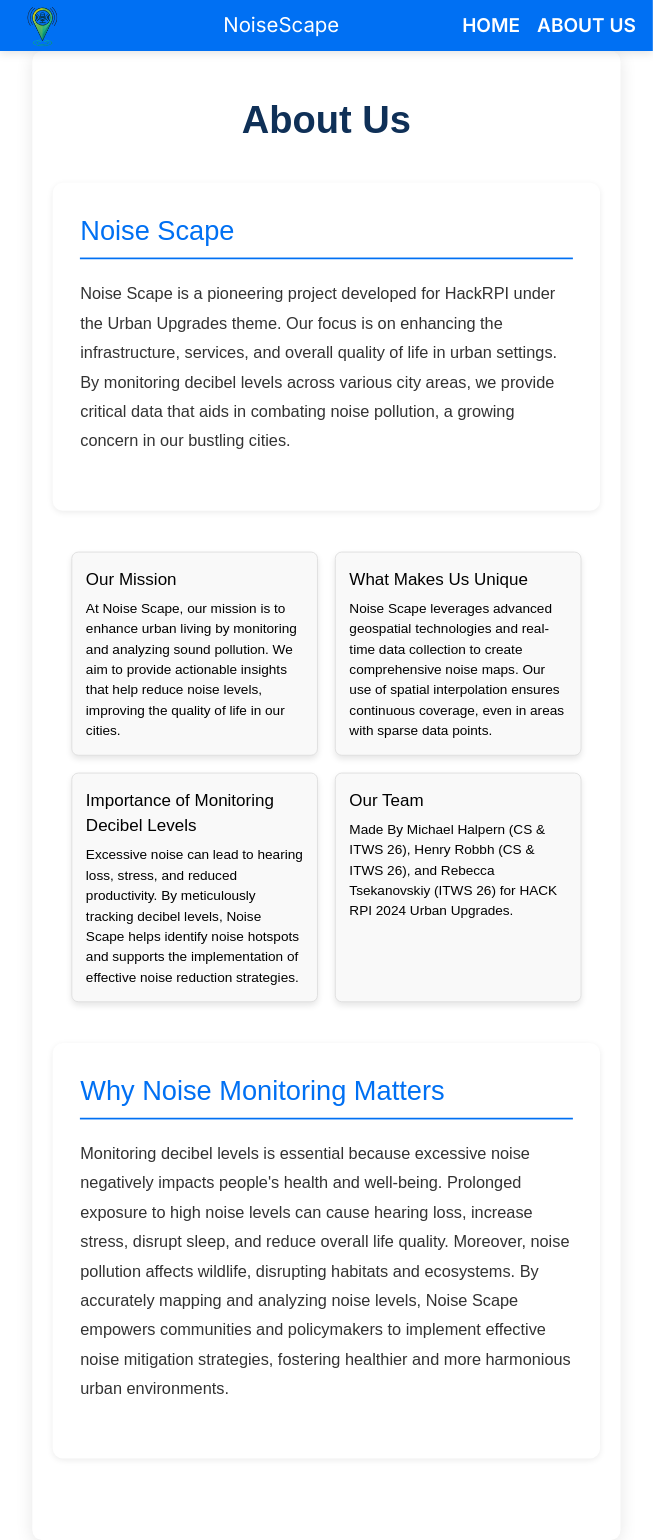
Repository: michaelhelper/HackRPI24
Page: /aboutUs (app in nextjs-dashboard/)
The author's editor kept a copy of each file at every save. The page is drawn from the files as they stood at one save, then again after a run of saves.
The browser window is 768 px wide. The pictures show the whole page, at 85% of full size.
Some web fonts or font styles are not loaded; a fallback is used. The project was rebuilt for these pictures with package versions that can differ from the ones it lists, and the page was loaded fresh each time. The framework's server and built-in components were replaced by stand-ins that run in the browser. Also part of the build but not shown: nextjs-dashboard/next.config.ts.

Above is the page before, as saved 2024-11-10 10:22:13.

After the next 2 saves:
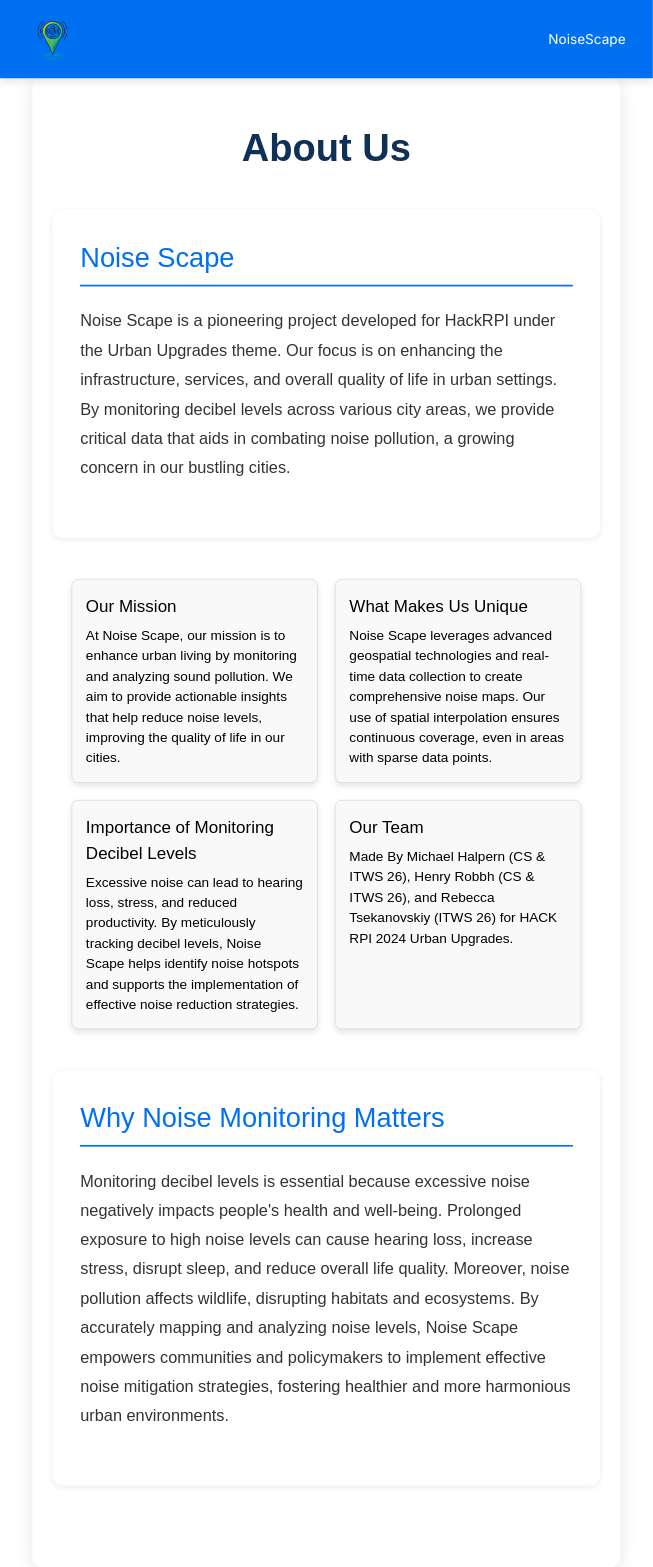
The 2 saves are shown as one change because they came seconds apart.
The last was saved 15 s later.
--- a/nextjs-dashboard/app/navbar.module.css
+++ b/nextjs-dashboard/app/navbar.module.css
@@ -117,43 +117,5 @@
     .navItem {
       margin-left: 0;
     }
-        .navbar {
-          display: flex;
-          align-items: center;
-          justify-content: space-between;
-          padding: 0 20px;
-        }
 
-        .logoContainer {
-          flex: 1;
-        }
-
-        .titleContainer {
-          flex: 1;
-          text-align: left;
-        }
-
-        .projectTitle {
-          margin: 0;
-          font-size: 1.5rem;
-          /* Adjust size as needed */
-        }
-
-        .navLinks {
-          flex: 1;
-          display: flex;
-          justify-content: flex-end;
-          list-style: none;
-          padding: 0;
-          margin: 0;
-        }
-
-        .navItem {
-          margin-left: 20px;
-        }
-
-        .navLink {
-          text-decoration: none;
-          color: inherit;
-        }
   }
